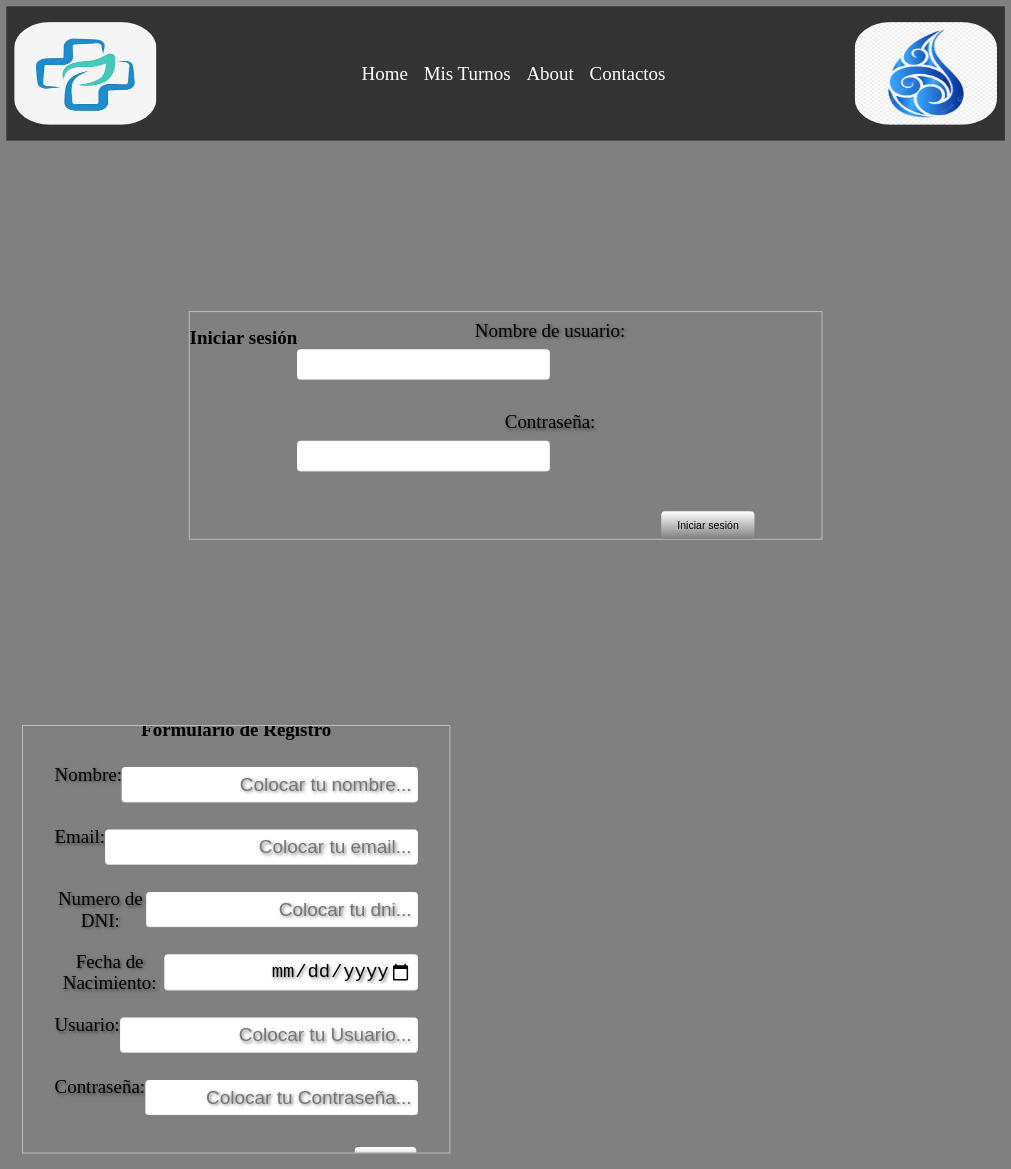
Repository: mauro8778/TurnoClinica
Page: / (app in front/vite-project/)
The author's editor kept a copy of each file at every save. The page is drawn from the files as they stood at one save, then again after the next save.
The browser window is 1280 px wide. The pictures show the whole page, at 79% of full size.
The project was rebuilt for these pictures with package versions that can differ from the ones it lists, and the page was loaded fresh each time. Also part of the build but not shown: front/vite-project/vite.config.js.

Above is the page before, as saved 2024-04-14 14:10:40.

### front/vite-project/src/App.jsx

import "./index.css"
import NavBar from "./components/NavBar/NavBar.jsx";
import Login from "./views/Login/Login"
import Register from "./views/Register/Register.jsx";


function App() {


  return (
    <>
    <NavBar/>
  <Login/>
  <Register/>
    </>


  )
}

export default App

### front/vite-project/src/index.css
body{

  background-color: grey;
}

### front/vite-project/src/components/NavBar/NavBar.jsx

import  "./NavBar.css";
import hospital from "../../assets/hospital.jpg"
import logo from "../../assets/logo.jpg"


const NavBar=()=>{

    return(
    <>

    <div className="navbar">
      <img src={hospital} alt="Imagen 1" className="left-image" />
      <ul className="nav-list">
        <li>Home</li>
        <li>Mis Turnos </li>
        <li>About</li>
        <li>Contactos </li>
      </ul>
      <img src={logo} alt="Imagen 2" className="right-image" />
    </div>


    </>
    )
}
export default NavBar;

### front/vite-project/src/views/Login/Login.jsx
import { useState } from "react";
import axios from "axios"
import "./login.css";

const LoginForm = () => {
  const [credentials, setCredentials] = useState({
    username: "",
    password: ""
  });

  const [error, setError] = useState("");

  const handleInputChange = (event) => {
    const { name, value } = event.target;
    setCredentials({
      ...credentials,
      [name]: value
    });
  };

  const handleFormSubmit = async (event) => {
    event.preventDefault();
    if (!credentials.username && !credentials.password) {
        setError("Faltan rellenar los campos de usuario y contraseña");
        return;
      }
      if (!credentials.username) {
        setError("Falta colocar el nombre de usuario");
        return;
      }
      if (!credentials.password) {
        setError("Falta colocar la contraseña");
        return;
      }
    try {
        const response = await axios.post("http://localhost:3000/users/loguin", credentials);
        if (response.status === 200) {
          alert("Inicio de sesión exitoso");
        } else {
          setError("Credenciales inválidas");
        }
    } catch (error) {
        if (error.response && error.response.status === 400) {
          setError("Usuario inexistente");
        } else if (error.response && error.response.status === 401) {
          setError("Contraseña incorrecta");
        } else {
          setError ("Error al iniciar sesión. Por favor, inténtalo de nuevo más tarde");
        }
    }
};
  return (
    <div className="card-container">
    <div className="card">
      <h2>Iniciar sesión</h2>
      <form onSubmit={handleFormSubmit} className="form-container">
        <div className="input-container">
          <label htmlFor="username">Nombre de usuario:</label>
          <input
            type="text"
            id="username"
            name="username"
            value={credentials.username}
            onChange={handleInputChange}
          />
        </div>
        <div className="input-container">
          <label htmlFor="password">Contraseña:</label>
          <input
            type="password"
            id="password"
            name="password"
            value={credentials.password}
            onChange={handleInputChange}
          />
        </div>
        {error && <p className="error">{error}</p>}
        <button type="submit">Iniciar sesión</button>
      </form>
    </div>
  </div>
);
};

export default LoginForm;

### front/vite-project/src/views/Register/Register.jsx

import { useState, useEffect } from "react";
import "../Register/Register.css";
import { Validate } from "../../helper/validate";
import axios from "axios";

const Register = () => {
  const [userData, setUserData] = useState({
    name: "",
    email: "",
    nDni: "",
    birthdate: "",
    username: "",
    password: ""
  });

  const [errors, setErrors] = useState({
    name: "",
    email: "",
    nDni: "",
    birthdate: "",
    username: "",
    password: ""
  });

  const [formSubmitted, setFormSubmitted] = useState(false);

  const handleInputChange = (event) => {
    const { name, value } = event.target;
    setUserData({
      ...userData,
      [name]: value
    });
  };

  const handleFormSubmit = (event) => {
    event.preventDefault();
    setFormSubmitted(true);
  };

  useEffect(() => {
    if (formSubmitted) {
      const currentErrors = Validate(userData);
      setErrors(currentErrors);

      const noErrors = Object.values(currentErrors).every(
        (error) => error === ""
      );

      if (noErrors) {
        axios
          .post("http://localhost:3000/users/register", userData)
          .then(() => {
            alert("Usuario creado con éxito");
            setFormSubmitted(false);
            setUserData({
              name: "",
              email: "",
              nDni: "",
              birthdate: "",
              username: "",
              password: ""
            });
            setErrors({
              name: "",
              email: "",
              nDni: "",
              birthdate: "",
              username: "",
              password: ""
            });
          })
          .catch((error) => {
            console.error("Error al enviar los datos:", error);
          });
      }
    }
  }, [formSubmitted, userData]);

  return (
    <>
      <div className="tarjeta">
        <div className="contenido">
          <h2>Formulario de Registro</h2>
          <form onSubmit={handleFormSubmit}>
            <label htmlFor="name">
              Nombre:
              <input
                type="text"
                value={userData.name}
                name="name"
                placeholder="Colocar tu nombre..."
                onChange={handleInputChange}
              />
            </label>
            {formSubmitted && <p className="error">{errors.name}</p>}

            <label htmlFor="email">
              Email:
              <input
                type="text"
                value={userData.email}
                name="email"
                placeholder="Colocar tu email..."
                onChange={handleInputChange}
              />
            </label>
            {formSubmitted && <p className="error">{errors.email}</p>}

            <label htmlFor="nDni">
              Numero de DNI:
              <input
                type="text"
                value={userData.nDni}
                name="nDni"
                placeholder="Colocar tu dni..."
                onChange={handleInputChange}
              />
            </label>
            {formSubmitted && <p className="error">{errors.nDni}</p>}

            <label htmlFor="birthdate">
              Fecha de Nacimiento:
              <input
                type="date"
                value={userData.birthdate}
                name="birthdate"
                placeholder="Colocar tu Fecha de Nacimiento..."
                onChange={handleInputChange}
              />
            </label>
            {formSubmitted && <p className="error">{errors.birthdate}</p>}

            <label htmlFor="username">
              Usuario:
              <input
                type="text"
                value={userData.username}
                name="username"
                placeholder="Colocar tu Usuario..."
                onChange={handleInputChange}
              />
            </label>
            {formSubmitted && <p className="error">{errors.username}</p>}

            <label htmlFor="password">
              Contraseña:
              <input
                type="password"
                value={userData.password}
                name="password"
                placeholder="Colocar tu Contraseña..."
                onChange={handleInputChange}
              />
            </label>
            {formSubmitted && <p className="error">{errors.password}</p>}

            <button type="submit">Enviar</button>
          </form>
        </div>
      </div>
    </>
  );
};

export default Register;

### front/vite-project/src/components/NavBar/NavBar.css
.navbar {
  display: flex;
  justify-content: space-between;
  align-items: center;
  background-color: #333;
  padding: 10px;
  height: 150px;
}

.nav-list {
  list-style: none;
  display: flex;
  margin: 0;
  padding: 0;
}

.nav-list li {
  margin-left: 20px;
  color: white;
  font-size: 1.5rem;
}

.left-image,
.right-image {
  width: 180px;
  height: 130px;
  border-radius: 25%;
}

### front/vite-project/src/views/Login/login.css
.card-container {
  display: flex;
  justify-content: center;
  align-items: center;
  height: 100vh;
}
.centered{
  text-align: center;
  font-size: 3rem;
  color: black;
  padding: 10px 20px;
  text-shadow: 2px 2px 4px rgba(0, 0, 0, 0.5);
}
label{
  text-align: center;
  font-size: 1.5rem;
  color: black;
  padding: 10px 20px;
  border-radius: 5px;
  text-shadow: 2px 2px 4px rgba(0, 0, 0, 0.5);
  display: flex;
  justify-content: center;

}
input{
  text-align: right;
  font-size: 1.5rem;
  color: black;
  padding: 10px 20px;
  border-radius: 5px;
  text-shadow: 2px 2px 4px rgba(0, 0, 0, 0.5);
}

.card {
  display: flex;
  border: 1px solid #ccc;
  width: 80%;
  max-width: 800px;
}

.left-column,
.right-column {
  flex: 1;
  padding: 20px;
  background: linear-gradient(white,grey) ;
  display: flex;
  justify-content: center;
  align-items: center;
}

.left-column {
  border-right: 1px solid #ccc;
  background: linear-gradient(white,grey);
  display: flex;
  justify-content: center;
  align-items: center;
}

.right-column {
  display: flex;
  flex-direction: column;
  align-items: center;
  padding: 20px; }

.right-column h2 {
  margin-bottom: 20px;
}

.form-container {
  width: 80%;
  text-align: center;
}

.input-container {
  width: 100%;
  margin-bottom: 20px;
  text-align: left;
}

.error {
  color: red;
  text-align: center;
}

.button-container {
  margin: 0 5px;
}


.botones{
  display: flex;
  justify-content: space-between;
  align-items: center;
}
button {
  padding: 10px 20px;
  background: linear-gradient(white, grey);
  transition: background-color 0.3s ease;
  text-decoration: none;
  color: #333;
  border-radius: 5px;
}
button:hover {
  background-color: rgba(0, 0, 0, 0.1);
}
.Links {
  padding: 10px 20px;
  background: linear-gradient(white, grey);
  transition: background-color 0.3s ease;
  text-decoration: none;
  color: #333;
  border-radius: 5px;
}
.Links:hover {
  background-color: rgba(0, 0, 0, 0.1);
}

### front/vite-project/src/views/Register/Register.css
.tarjeta {
    display: flex;
    flex-direction: column;
    justify-content: center;
    align-items: center;
    width: 500px;
    height: 500px;
    margin: 20px;
    padding: 20px;
    position: relative;
    overflow: hidden;
    border: 1px solid #ccc;
    background-color: transparent;
    transition: all 0.3s ease;
  }

  .tarjeta:hover {
    transform: scale(1.05);
    box-shadow: 0 0 10px rgba(0, 0, 0, 0.2);
  }

  .contenido {
    display: flex;
    flex-direction: column;
    align-items: center;
  }

  .contenido h2 {
    color: black;
  }

  button {
    margin-top: 20px;
    padding: 10px 20px;
    background-color: transparent;
    border: none;
    color: black;
    cursor: pointer;
    margin-left: 400px;
  }

  button:hover {
    background-color: #ccc;
  }

  input {
    margin-bottom: 10px;
    padding: 5px;
    border: none;
    border-bottom: 1px solid #ccc;
    outline: none;
  }
  input:focus {
    border-bottom-color: black;
  }
  .error{
color: red;

  }
  .contenido label input {
    width: 100%;
    padding: 8px;
    margin-top: 4px;
  }

### front/vite-project/src/helper/validate.js
export const Validate = (input) => {
    const errors = {};

    const nameRegex = /^[A-Za-z]{1,20}$/;
    if (!nameRegex.test(input.name)) {
        errors.name = "El nombre debe contener solo letras y tener máximo 20 caracteres";
    }

    const emailRegex = /^[^\s@]+@[^\s@]+\.[^\s@]+$/;
    if (!emailRegex.test(input.email)) {
        errors.email = "El email no es válido";
    }

    const nDniRegex = /^\d{1,8}$/;
    if (!nDniRegex.test(input.nDni)) {
        errors.nDni = "El número de DNI debe contener solo números y tener máximo 8 dígitos";
    }

    const birthdateRegex = /^(19|20)\d\d-(0[1-9]|1[0-2])-(0[1-9]|[12][0-9]|3[01])$/;
    if (!birthdateRegex.test(input.birthdate)) {
        errors.birthdate = "La fecha de nacimiento no es válida";
    }

    const usernameRegex = /^[A-Za-z0-9_]{3,20}$/;
    if (!usernameRegex.test(input.username)) {
        errors.username = "El nombre de usuario debe contener solo letras, números y guiones bajos, y tener entre 3 y 20 caracteres";
    }

    const passwordRegex = /^.{8,}$/;
    if (!passwordRegex.test(input.password)) {
        errors.password = "La contraseña debe tener al menos 8 caracteres";
    }

    return errors;
};

Loaded but not shown: front/vite-project/index.html (common file); front/vite-project/src/main.jsx (common file)

After the next save:
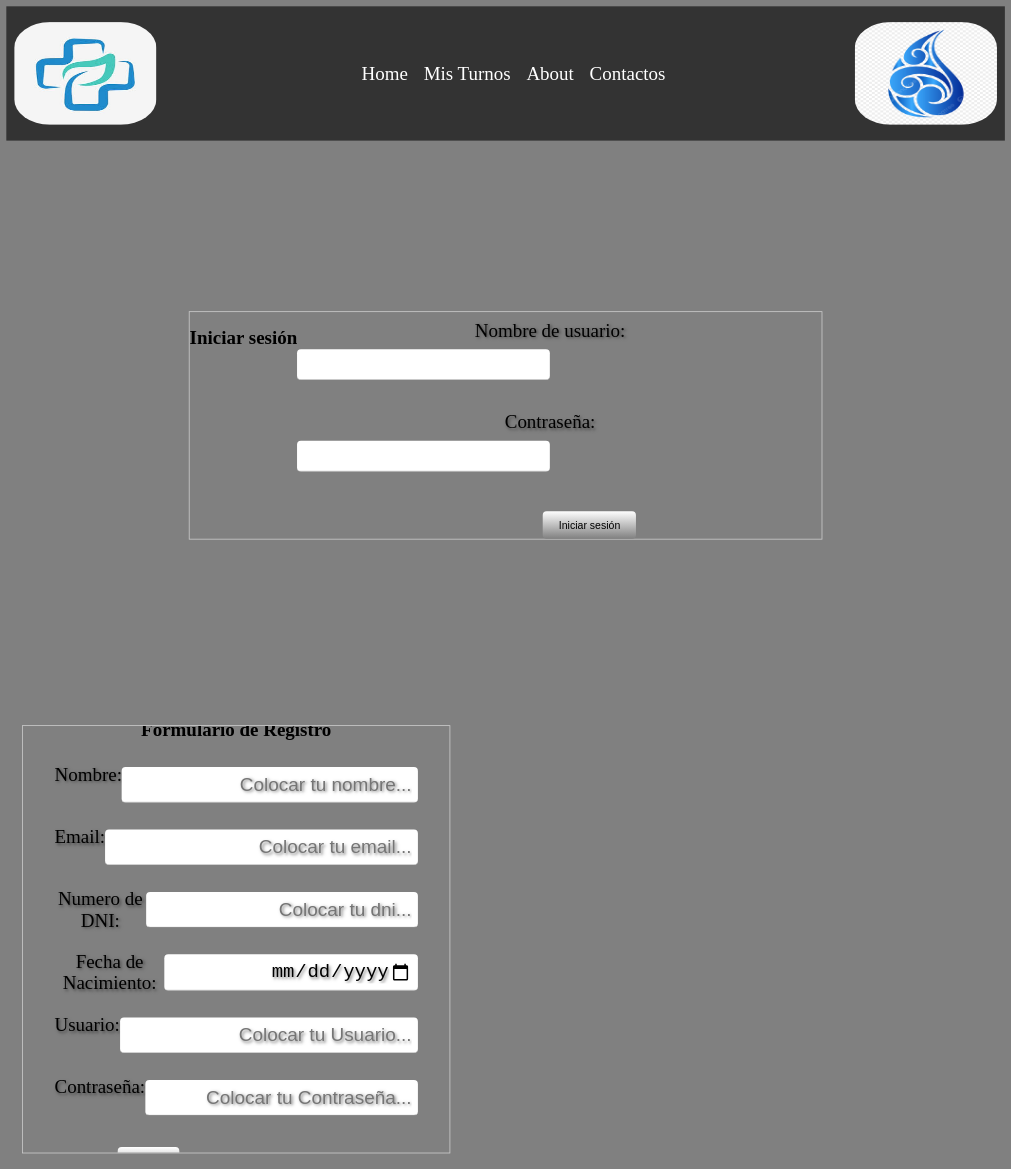
Saved 4 s later.
--- a/front/vite-project/src/views/Register/Register.css
+++ b/front/vite-project/src/views/Register/Register.css
@@ -36,7 +36,7 @@
     border: none;
     color: black;
     cursor: pointer;
-    margin-left: 400px;
+    margin-left: 100px;
   }
 
   button:hover {
